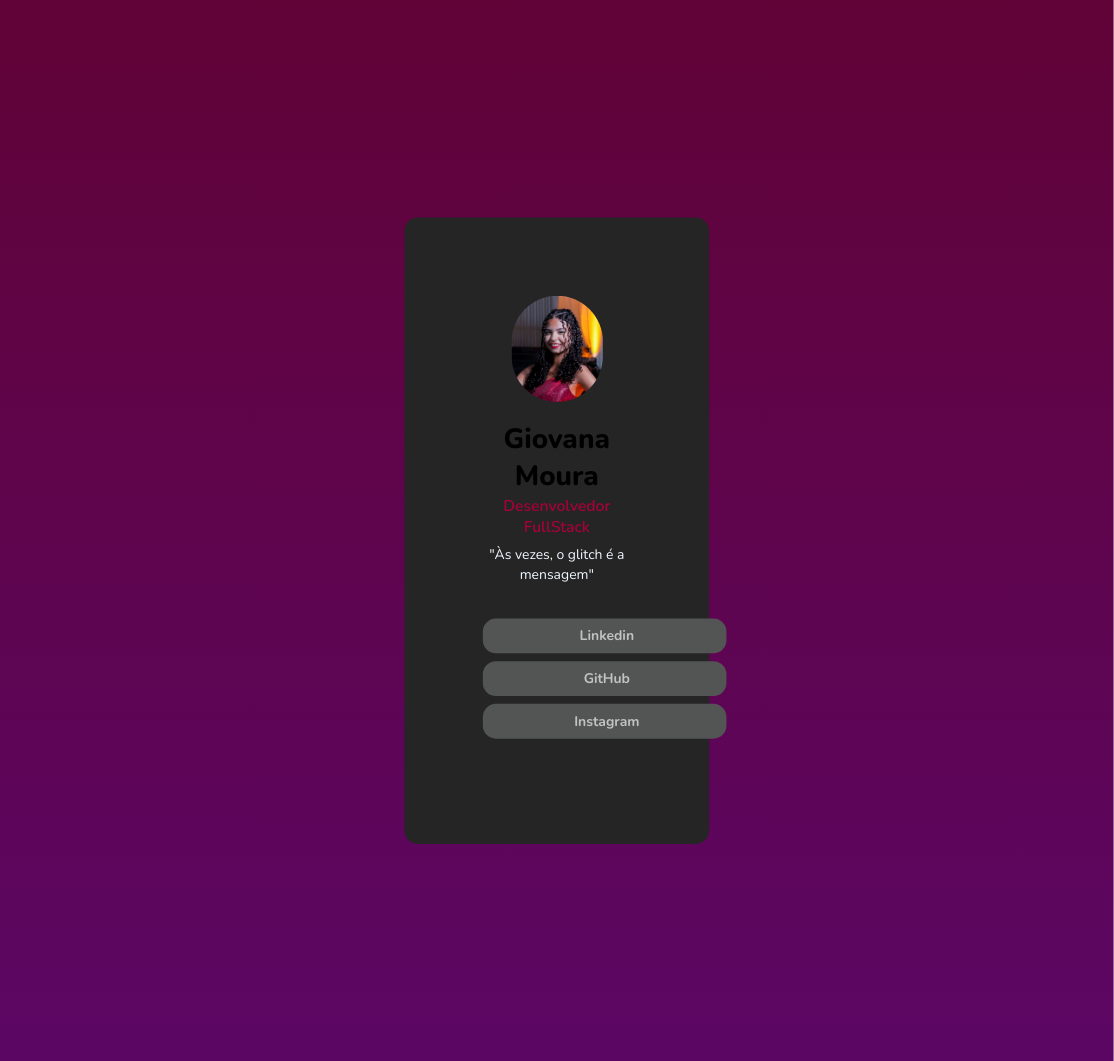
Repository: gimoli/linktree-giovana
Page: index.html
These files come from the project's save history. The page is drawn as it stood at one moment and after a run of saves; the edit follows.
The browser window is 1280 px wide. The pictures show the whole page, at 87% of full size.
Some icons come from a web library that is not loaded, so they are not drawn.

Above is the page before, as saved 2025-04-14 19:22:21.

After the next 3 saves:
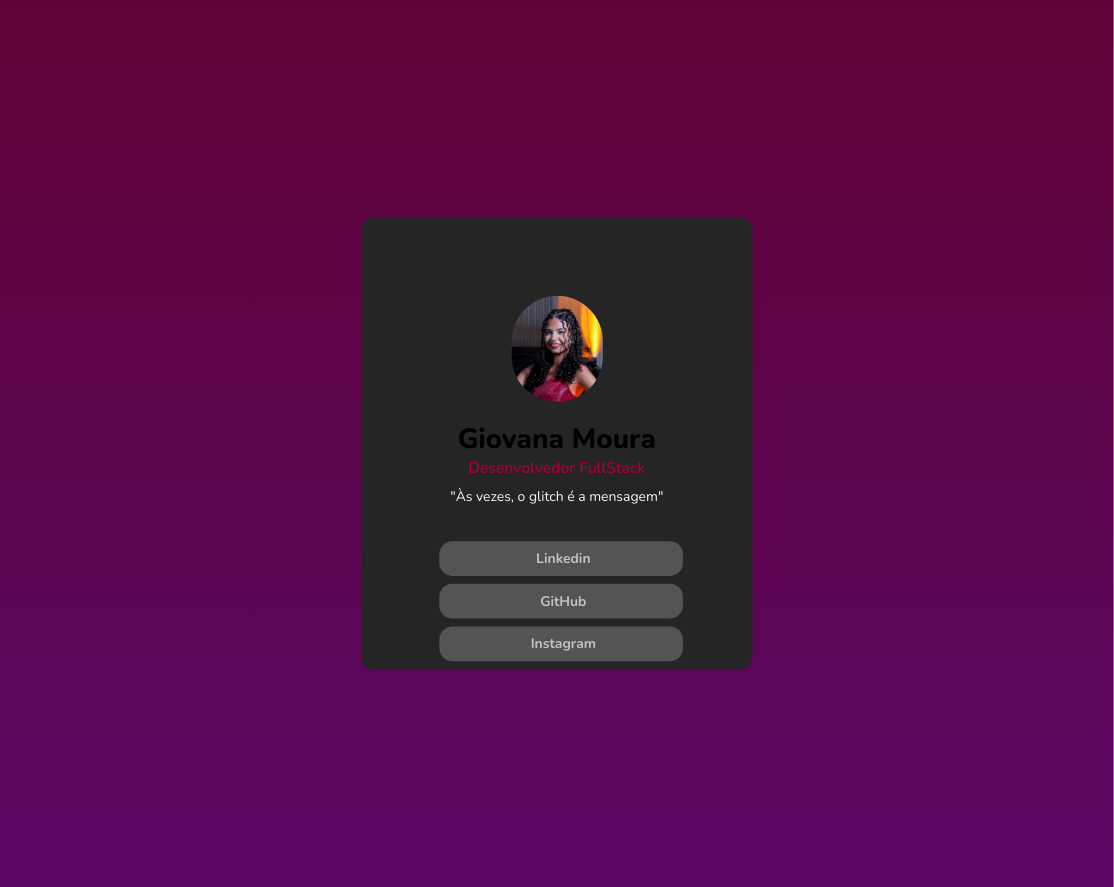
The 3 saves are shown as one change because they came seconds apart.
The last was saved 16 s later.
--- a/CSS/style.css
+++ b/CSS/style.css
@@ -16,8 +16,8 @@ body {
 
 .container-main {
     background-color: rgb(37, 37, 37);
-    width: 350px;
-    height: 720px;
+    width: 450px;
+    height: 520px;
     box-sizing: border-box;
     margin: 250px auto;
     padding: 90px;
